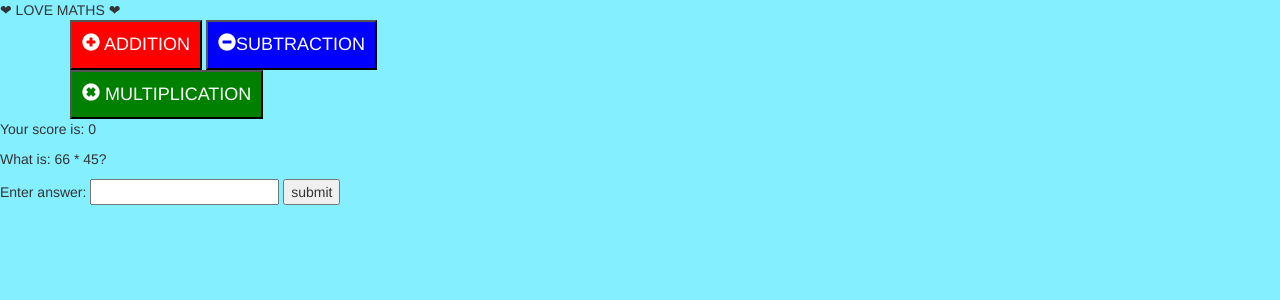
Repository: marstangg/mathgamefun
Page: index.html
The author's editor kept a record of every edit. The page is drawn from the files as they stood at one moment, then again after the next edit.
The browser window is 1280 px wide. The pictures show the whole page.

Above is the page before.

### index.html
<!DOCTYPE html>
<html lang="en">
<head>
    <meta charset="UTF-8">
    <meta name="viewport" content="width=device-width, initial-scale=1.0">
    <meta http-equiv="X-UA-Compatible" content="ie=edge">
     <link rel="stylesheet" href="https://maxcdn.bootstrapcdn.com/bootstrap/3.3.7/css/bootstrap.min.css">
     <link rel = "stylesheet" type = "text/css"href = "style.css" />
    <title>Document</title>
</head>
<body>



<div class="header"> ❤ LOVE MATHS ❤ </div>

<div class="container" id="box1">
<button id="plus" onclick="setAdditionGame()"> <span class="glyphicon glyphicon-plus-sign"></span> ADDITION</button>
<button id="minus"onclick="setSubtractionGame()"> <span class="glyphicon glyphicon-minus-sign"></span>SUBTRACTION</button>
</div>

<div = class="container">
<button id="times"onclick="setMultiplicationGame()"> <span class="glyphicon glyphicon-remove-sign"></span> MULTIPLICATION</button>
</div>
<p>Your score is: <span id="score">0</span></p>
<p id="question"></p>
<form id="myForm" name="answerForm" onsubmit="checkAnswer(); return false;" action="#" data-gametype="addition">

    Enter answer: <input type="number" name="answer">
    <input type="hidden" name="rightAnswer">
    <input class type="submit" value="submit">
</form>

<script src="math.js"></script>
</body>
</html>

### style.css
body { background-color:#84efff;}

#plus {
       background-color:red;
       padding:10px;
       font-size:18px;
       color:white;

}
#minus {

       background-color:blue;
       padding:10px;
       font-size:18px;
       color:white;
}
#times {

       background-color:green;
       padding:10px;
       font-size:18px;
       color:white;
}


#submit {  background-color: #0e025c;
           color:white;
           padding:5px;
}

### math.js
let score = 0;
let scorebox = document.getElementById("score");
let questionbox = document.getElementById("question");
let answerform = document.getElementById("myForm");

function setAdditionGame() {
    answerform.setAttribute("data-gametype", "addition");
    additionQuiz();
}

function setSubtractionGame() {
    answerform.setAttribute("data-gametype", "subtraction");
    subtractionQuiz();
}

function setMultiplicationGame() {
    answerform.setAttribute("data-gametype", "multiplication");
    multiplicationQuiz();
}

function checkAnswer() {
    let gametype = answerform.getAttribute("data-gametype");
    if (answerform["answer"].value == answerform["rightAnswer"].value) {
        alert("Hey! You got it right :)");
        score++
    } else {
        alert("Awww...wrong this time :(");
    }
    answerform["answer"].value = "";
    scorebox.textContent = score;
    if(gametype == "addition") {
        additionQuiz();
    } else if(gametype == "subtraction") {
        subtractionQuiz();
    } else if(gametype == "multiplication") {
        multiplicationQuiz();
    }
    return false;
}

function additionQuiz() {
    let num1 = Math.floor(Math.random() * 100);
    let num2 = Math.floor(Math.random() * 100);
    questionbox.textContent = "What is: " + num1 + " + " + num2 + "?";
    answerform["rightAnswer"].value = (num1 + num2);
}

additionQuiz();


function subtractionQuiz() {
    let num1 = Math.floor(Math.random() * 100);
    let num2 = Math.floor(Math.random() * 100);
    questionbox.textContent = "What is: " + num1 + " - " + num2 + "?";
    answerform["rightAnswer"].value = (num1 - num2);
}

subtractionQuiz();

function multiplicationQuiz() {
    let num1 = Math.floor(Math.random() * 100);
    let num2 = Math.floor(Math.random() * 100);
    questionbox.textContent = "What is: " + num1 +  " * " + num2 + "?";
    answerform["rightAnswer"].value = (num1 * num2);
}

multiplicationQuiz();

After the next edit:
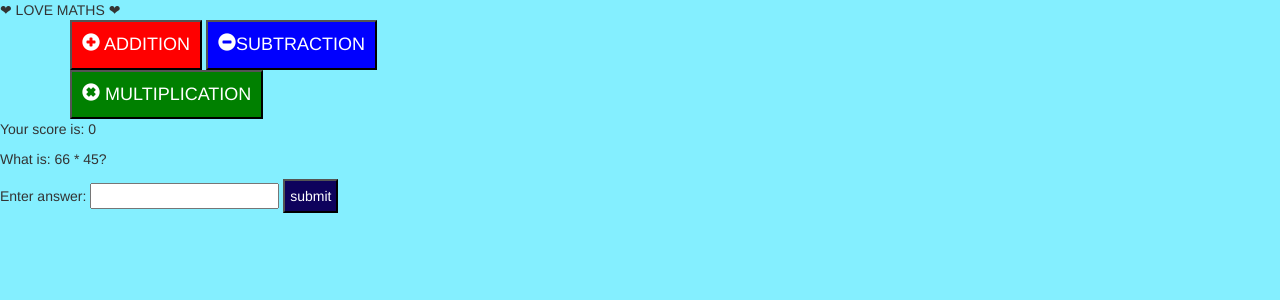
The edit:
--- a/index.html
+++ b/index.html
@@ -28,7 +28,7 @@
 
     Enter answer: <input type="number" name="answer">
     <input type="hidden" name="rightAnswer">
-    <input class type="submit" value="submit">
+    <input id="submit" class type="submit" value="submit">
 </form>
 
 <script src="math.js"></script>
